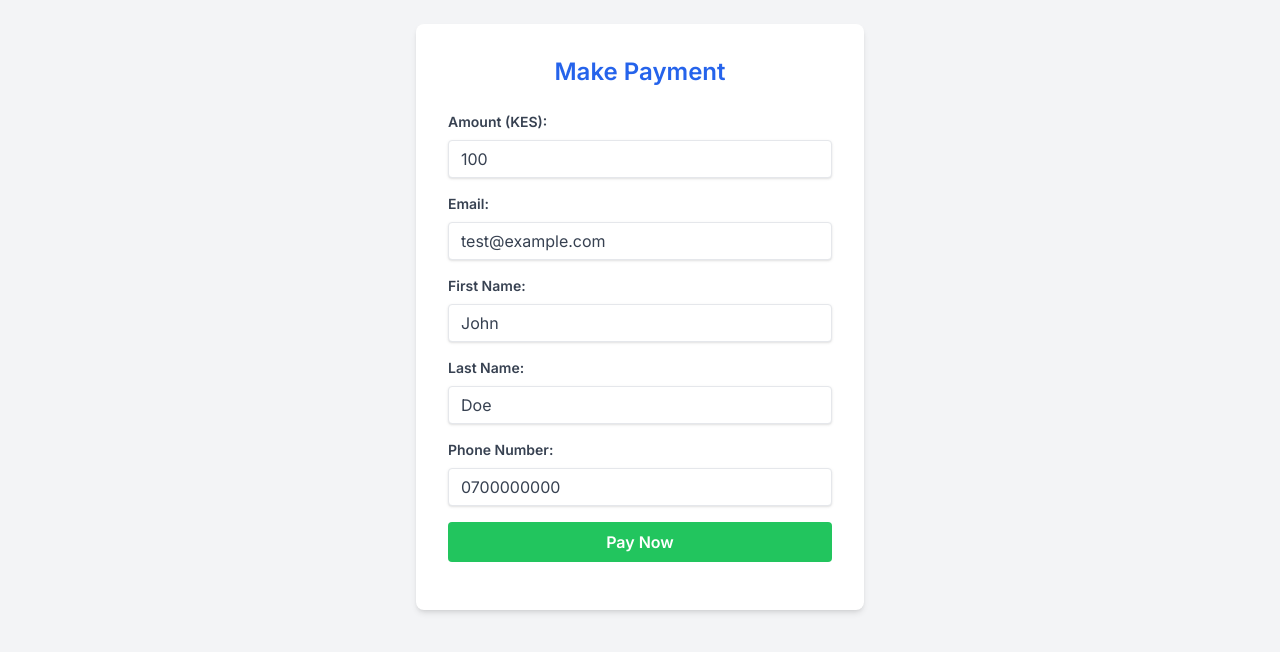
Repository: EphrahimLaanyu123/pesapal
Page: index.html
The author's editor kept a copy of each file at every save. The page is drawn from the files as they stood at one save, then again after the next save.
The browser window is 1280 px wide. The pictures show the whole page.
Some web libraries are served in a nearby version.

Above is the page before, as saved 2025-05-13 11:42:05.

### index.html
<!DOCTYPE html>
<html lang="en">
<head>
    <meta charset="UTF-8">
    <meta name="viewport" content="width=device-width, initial-scale=1.0">
    <title>Pesapal Payment</title>
    <script src="https://cdn.tailwindcss.com"></script>
    <link href="https://fonts.googleapis.com/css2?family=Inter:wght@400;600&display=swap" rel="stylesheet">
    <style>
        body {
            font-family: 'Inter', sans-serif;
        }
    </style>
</head>
<body class="bg-gray-100 p-6 flex justify-center items-start min-h-screen">
    <div class="bg-white rounded-lg shadow-md p-8 w-full max-w-md">
        <h1 class="text-2xl font-semibold text-blue-600 mb-6 text-center">Make Payment</h1>
        <form id="paymentForm" class="space-y-4">
            <div>
                <label for="amount" class="block text-gray-700 text-sm font-bold mb-2">Amount (KES):</label>
                <input type="number" id="amount" name="amount" value="100" min="1" required class="shadow appearance-none border rounded w-full py-2 px-3 text-gray-700 leading-tight focus:outline-none focus:shadow-outline">
                <p id="amount-error" class="text-red-500 text-xs italic" style="display: none;"></p>
            </div>
            <div>
                <label for="email" class="block text-gray-700 text-sm font-bold mb-2">Email:</label>
                <input type="email" id="email" name="email" value="test@example.com" required class="shadow appearance-none border rounded w-full py-2 px-3 text-gray-700 leading-tight focus:outline-none focus:shadow-outline">
                 <p id="email-error" class="text-red-500 text-xs italic" style="display: none;"></p>
            </div>
            <div>
                <label for="firstName" class="block text-gray-700 text-sm font-bold mb-2">First Name:</label>
                <input type="text" id="firstName" name="first_name" value="John" required class="shadow appearance-none border rounded w-full py-2 px-3 text-gray-700 leading-tight focus:outline-none focus:shadow-outline">
                <p id="firstName-error" class="text-red-500 text-xs italic" style="display: none;"></p>
            </div>
            <div>
                <label for="lastName" class="block text-gray-700 text-sm font-bold mb-2">Last Name:</label>
                <input type="text" id="lastName" name="last_name" value="Doe" required class="shadow appearance-none border rounded w-full py-2 px-3 text-gray-700 leading-tight focus:outline-none focus:shadow-outline">
                <p id="lastName-error" class="text-red-500 text-xs italic" style="display: none;"></p>
            </div>
            <div>
                <label for="phoneNumber" class="block text-gray-700 text-sm font-bold mb-2">Phone Number:</label>
                <input type="text" id="phoneNumber" name="phone" value="0700000000" required class="shadow appearance-none border rounded w-full py-2 px-3 text-gray-700 leading-tight focus:outline-none focus:shadow-outline">
                <p id="phoneNumber-error" class="text-red-500 text-xs italic" style="display: none;"></p>
            </div>
            <button type="submit" id="submitPayment" class="bg-green-500 hover:bg-green-700 text-white font-bold py-2 px-4 rounded focus:outline-none focus:shadow-outline w-full">
                Pay Now
            </button>
            <div id="paymentResponse" class="mt-4 text-center"></div>
        </form>
    </div>

    <script>
        const paymentForm = document.getElementById('paymentForm');
        const paymentResponseDiv = document.getElementById('paymentResponse');
        const amountInput = document.getElementById('amount');
        const emailInput = document.getElementById('email');
        const firstNameInput = document.getElementById('firstName');
        const lastNameInput = document.getElementById('lastName');
        const phoneNumberInput = document.getElementById('phoneNumber');

        const amountError = document.getElementById('amount-error');
        const emailError = document.getElementById('email-error');
        const firstNameError = document.getElementById('firstName-error');
        const lastNameError = document.getElementById('lastName-error');
        const phoneNumberError = document.getElementById('phoneNumber-error');


        paymentForm.addEventListener('submit', async (event) => {
            event.preventDefault();

            let hasErrors = false;

            // Validate Amount
            if (!amountInput.value || parseFloat(amountInput.value) <= 0) {
                amountError.textContent = "Please enter a valid amount.";
                amountError.style.display = "block";
                hasErrors = true;
            } else {
                amountError.style.display = "none";
            }

            // Validate Email
            const emailRegex = /^[\w-\.]+@([\w-]+\.)+[\w-]{2,4}$/;
            if (!emailInput.value || !emailRegex.test(emailInput.value)) {
                emailError.textContent = "Please enter a valid email address.";
                emailError.style.display = "block";
                hasErrors = true;
            } else {
                emailError.style.display = "none";
            }

            // Validate First Name
            if (!firstNameInput.value.trim()) {
                firstNameError.textContent = "Please enter your first name.";
                firstNameError.style.display = "block";
                hasErrors = true;
            } else {
                firstNameError.style.display = "none";
            }

            // Validate Last Name
             if (!lastNameInput.value.trim()) {
                lastNameError.textContent = "Please enter your last name.";
                lastNameError.style.display = "block";
                hasErrors = true;
            } else {
                lastNameError.style.display = "none";
            }

            // Validate Phone Number
            const phoneRegex = /^\d{10}$/;  // Assumes a 10-digit phone number
            if (!phoneNumberInput.value || !phoneRegex.test(phoneNumberInput.value)) {
                phoneNumberError.textContent = "Please enter a valid 10-digit phone number.";
                phoneNumberError.style.display = "block";
                hasErrors = true;
            } else {
                phoneNumberError.style.display = "none";
            }


            if (hasErrors) {
                return; // Stop submission if there are errors
            }
            const formData = new FormData(paymentForm);
            const jsonData = {};
            formData.forEach((value, key) => {
                jsonData[key] = value;
            });

            paymentResponseDiv.textContent = 'Processing payment...';
            paymentResponseDiv.classList.remove('text-red-500', 'text-green-500'); // Clear previous styles


            try {
                const response = await fetch('http://127.0.0.1:5000/submit_order', {
                    method: 'POST',
                    headers: {
                        'Content-Type': 'application/json',
                    },
                    body: JSON.stringify(jsonData),
                });

                const result = await response.json();

                if (response.ok) {
                    paymentResponseDiv.textContent = `Payment request successful. Redirecting...`;
                    paymentResponseDiv.classList.add('text-green-500');
                    // Redirect to Pesapal URL
                    window.location.href = result.redirect_url; //  redirect_url from the response
                } else {
                    paymentResponseDiv.textContent = `Error: ${result.error || 'Payment request failed.'}`;
                    paymentResponseDiv.classList.add('text-red-500');
                }
            } catch (error) {
                paymentResponseDiv.textContent = `Error: ${error.message}`;
                paymentResponseDiv.classList.add('text-red-500');
            }
        });
    </script>
</body>
</html>

After the next save:
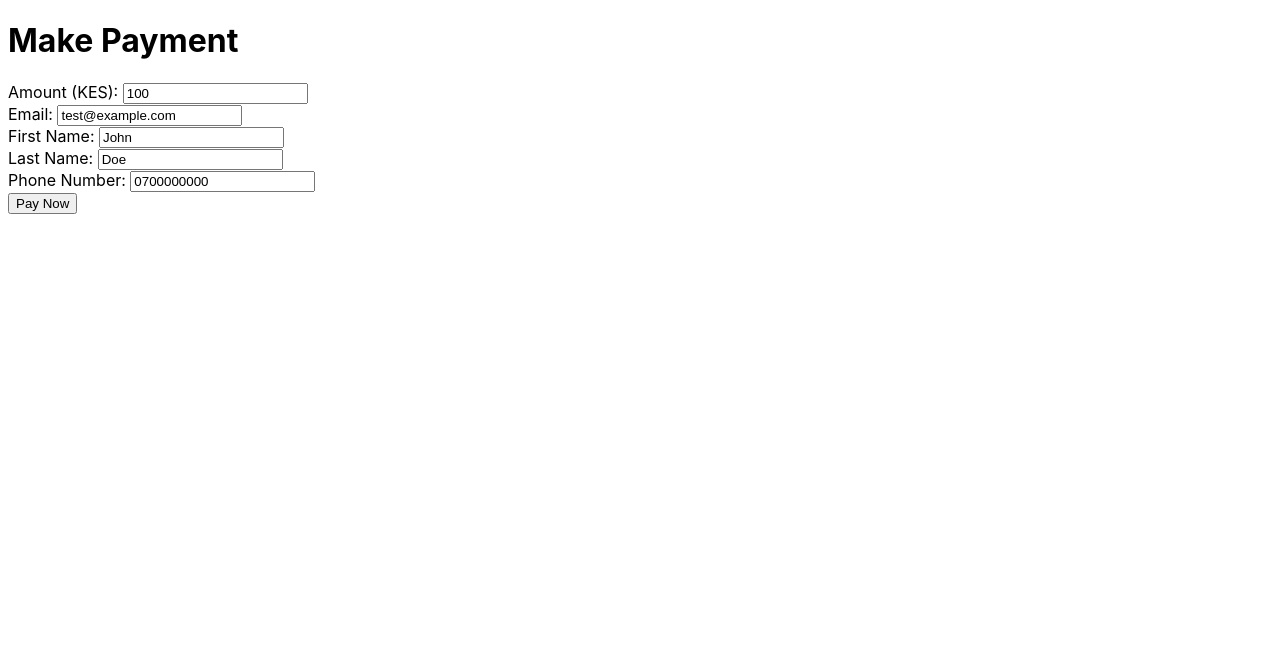
Console error: ReferenceError: tailwind is not defined
Saved 70 s later.
--- a/index.html
+++ b/index.html
@@ -4,8 +4,18 @@
     <meta charset="UTF-8">
     <meta name="viewport" content="width=device-width, initial-scale=1.0">
     <title>Pesapal Payment</title>
-    <script src="https://cdn.tailwindcss.com"></script>
-    <link href="https://fonts.googleapis.com/css2?family=Inter:wght@400;600&display=swap" rel="stylesheet">
+    <script>
+        // Tailwind CSS (Development - for production, use PostCSS or CLI)
+        tailwind.config = {
+            theme: {
+                extend: {
+                    fontFamily: {
+                        'inter': ['Inter', 'sans-serif']
+                    },
+                }
+            }
+        }
+    </script>
     <style>
         body {
             font-family: 'Inter', sans-serif;
